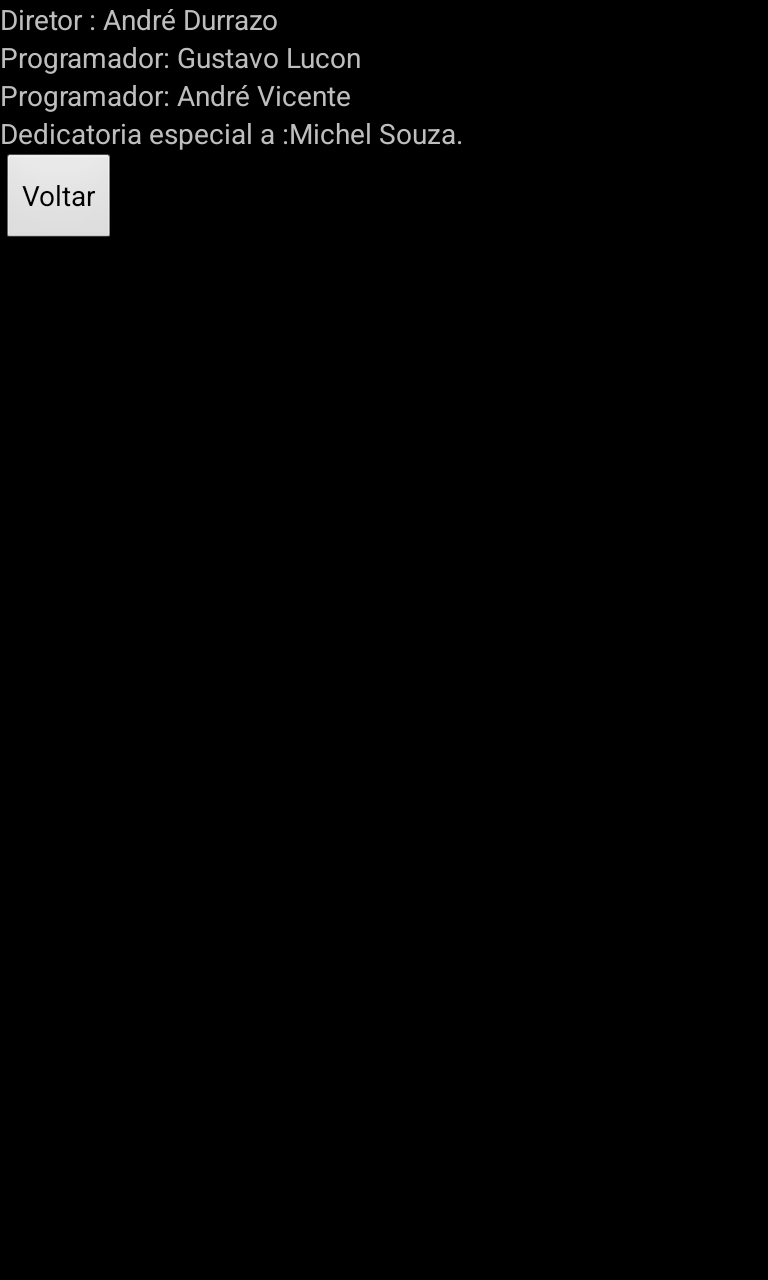
Repository: GustavoLucon/Archives
Layout: 4 park/TCC/com.parkhere.main.ParkHereActivity/res/layout/creditos.xml
The author's editor kept a copy of each file at every save. The layout is drawn from the files as they stood at one save, then again after the next save.
It is drawn on a 768 x 1280 px phone screen (xhdpi) without system bars, with theme android:Theme; the app's code is not run.

Above is the layout before, as saved 2012-10-26 06:45:53.

### 4 park/TCC/com.parkhere.main.ParkHereActivity/res/layout/creditos.xml
<?xml version="1.0" encoding="utf-8"?>
<LinearLayout xmlns:android="http://schemas.android.com/apk/res/android"
    android:layout_width="fill_parent"
    android:layout_height="fill_parent"
    android:orientation="vertical" >

    <LinearLayout
        android:layout_width="fill_parent"
        android:layout_height="fill_content"
        android:orientation="vertical"
        android:gravity="top">

    <TextView
        android:id="@+id/textView1"
        android:layout_width="wrap_content"
        android:layout_height="wrap_content"
        android:text="4 Park"
        android:textSize="50dp" />


    <TextView
        android:id="@+id/textView2"
        android:layout_width="wrap_content"
        android:layout_height="wrap_content"
        android:text="Compania Limitada" />

    </LinearLayout>

       <LinearLayout
        android:layout_width="fill_parent"
        android:layout_height="wrap_content"
        android:orientation="vertical"
         android:gravity="center|left">

    <TextView
        android:id="@+id/textView3"
        android:layout_width="wrap_content"
        android:layout_height="wrap_content"
        android:text="Diretor : André Durrazo" />


    <TextView
        android:id="@+id/textView4"
        android:layout_width="wrap_content"
        android:layout_height="wrap_content"
        android:text="Programador: Gustavo Lucon" />


    <TextView
        android:id="@+id/textView5"
        android:layout_width="wrap_content"
        android:layout_height="wrap_content"
        android:text="Programador: André Vicente" />



    <TextView
        android:id="@+id/textView6"
        android:layout_width="wrap_content"
        android:layout_height="wrap_content"
        android:text="Dedicatoria especial a :Michel Souza." />

    </LinearLayout>

   <LinearLayout
        android:layout_width="fill_parent"
        android:layout_height="wrap_content"
        android:orientation="horizontal"
        android:gravity="bottom">
    <Button
        android:id="@+id/voltar"
        android:layout_width="wrap_content"
        android:layout_height="wrap_content"
        android:text="Voltar" />
    </LinearLayout>

</LinearLayout>

After the next save:
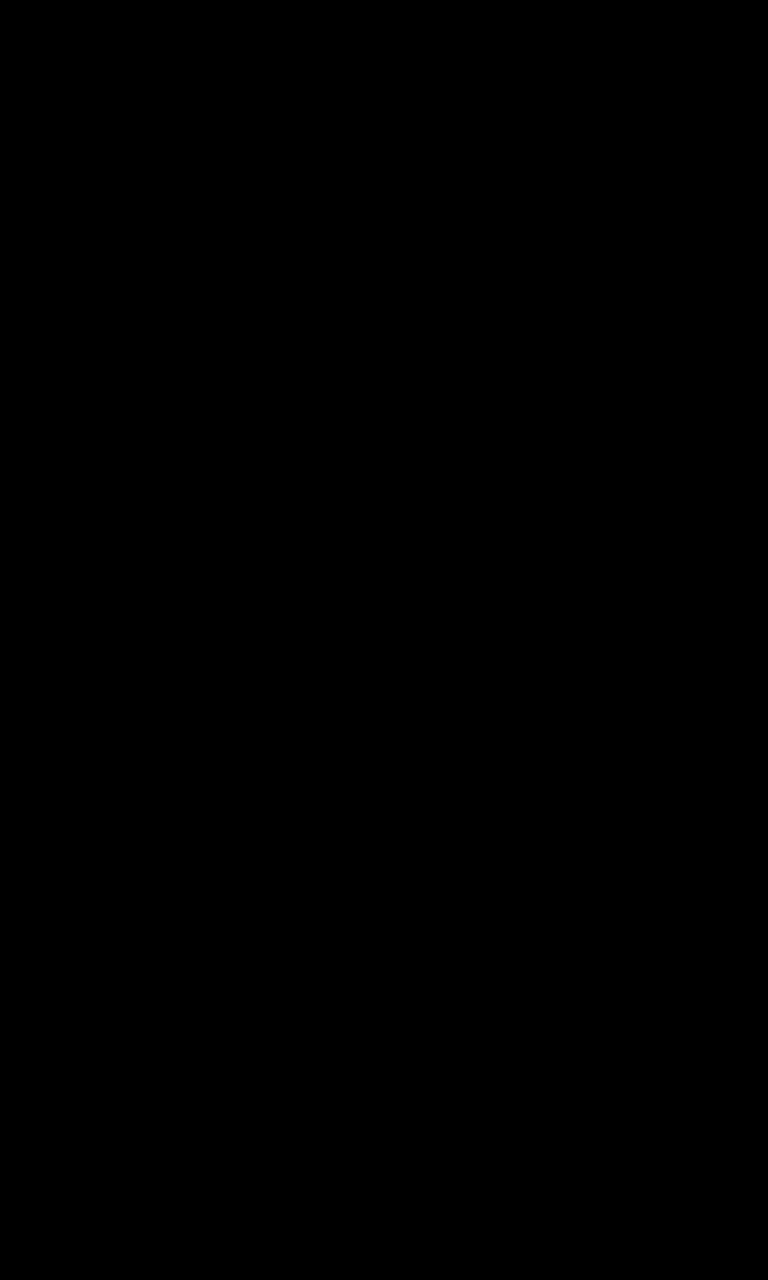
Saved 11 s later.
--- a/4 park/TCC/com.parkhere.main.ParkHereActivity/res/layout/creditos.xml
+++ b/4 park/TCC/com.parkhere.main.ParkHereActivity/res/layout/creditos.xml
@@ -5,8 +5,8 @@
     android:orientation="vertical" >
 
     <LinearLayout
-        android:layout_width="fill_parent"
-        android:layout_height="fill_content"
+        android:layout_width="wrap_parent"
+        android:layout_height="wrap_content"
         android:orientation="vertical"
         android:gravity="top">
 

After the save that followed:
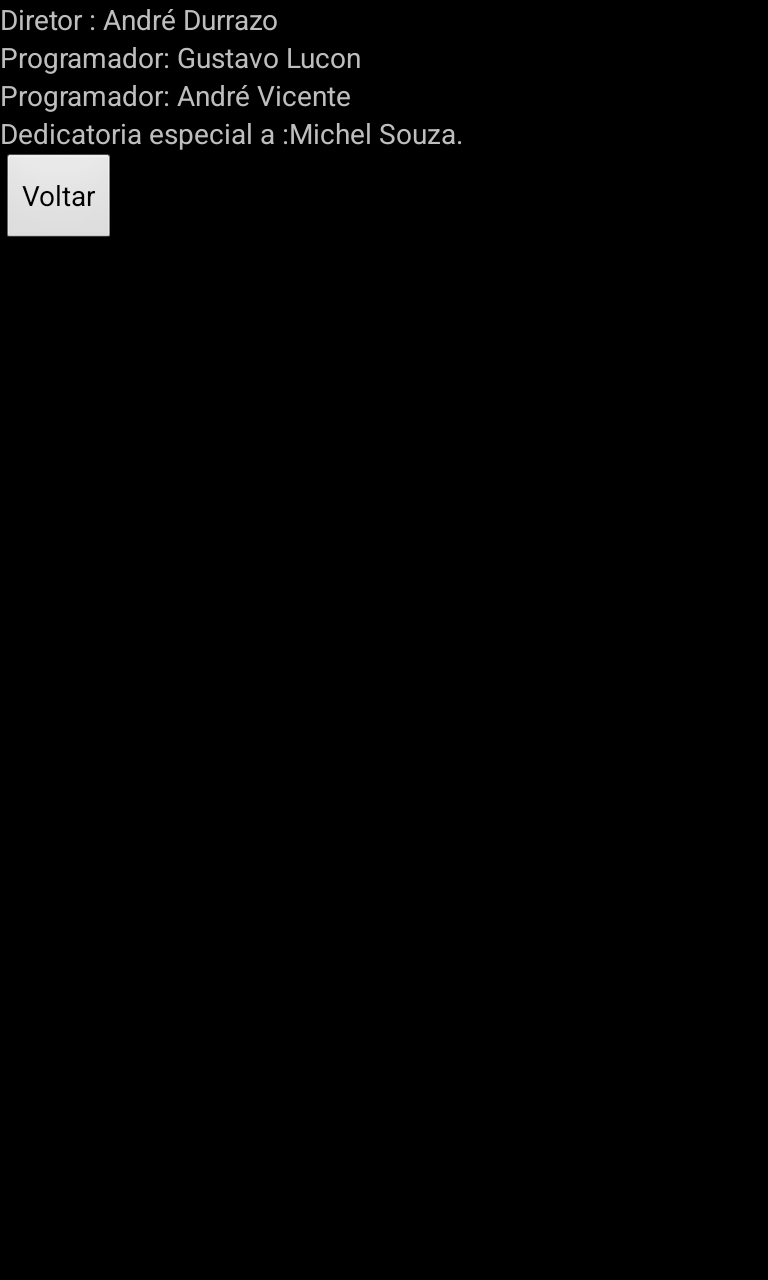
Saved 20 s later.
--- a/4 park/TCC/com.parkhere.main.ParkHereActivity/res/layout/creditos.xml
+++ b/4 park/TCC/com.parkhere.main.ParkHereActivity/res/layout/creditos.xml
@@ -5,8 +5,8 @@
     android:orientation="vertical" >
 
     <LinearLayout
-        android:layout_width="wrap_parent"
-        android:layout_height="wrap_content"
+        android:layout_width="0dp"
+        android:layout_height="0dp"
         android:orientation="vertical"
         android:gravity="top">
 
